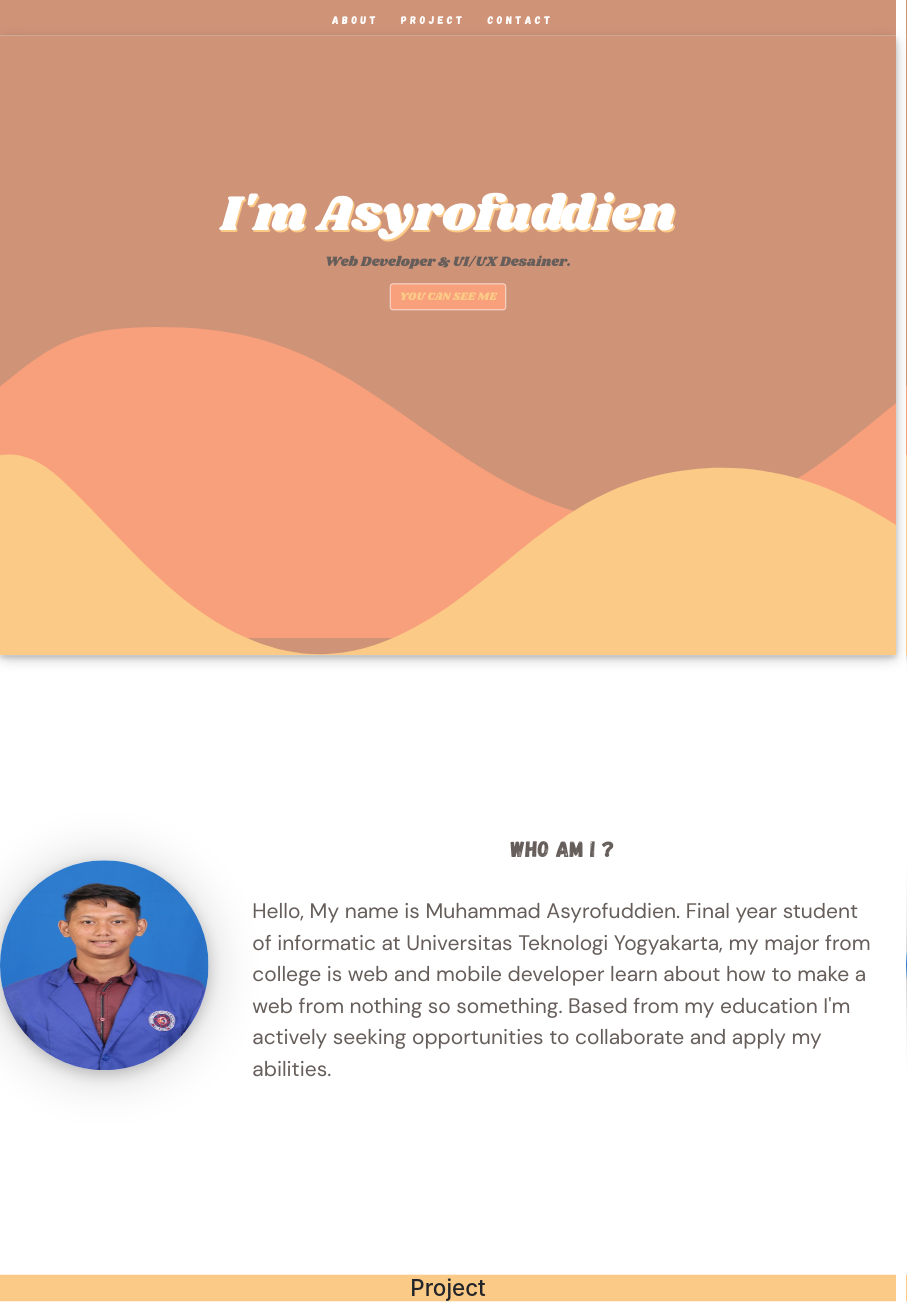
Repository: zetta-muhammad-asyrofuddien/Html-Css-ZettaCAmp
Page: Day1/Portofolio/index.html
The author's editor kept a copy of each file at every save. The page is drawn from the files as they stood at one save, then again after the next save.
The browser window is 1280 px wide. The page is 1295 px wide, so the pictures cover 1295 px, including what lies to the right of the window. The pictures show the whole page, at 70% of full size.

Above is the page before, as saved 2023-07-06 19:04:45.

After the next save:
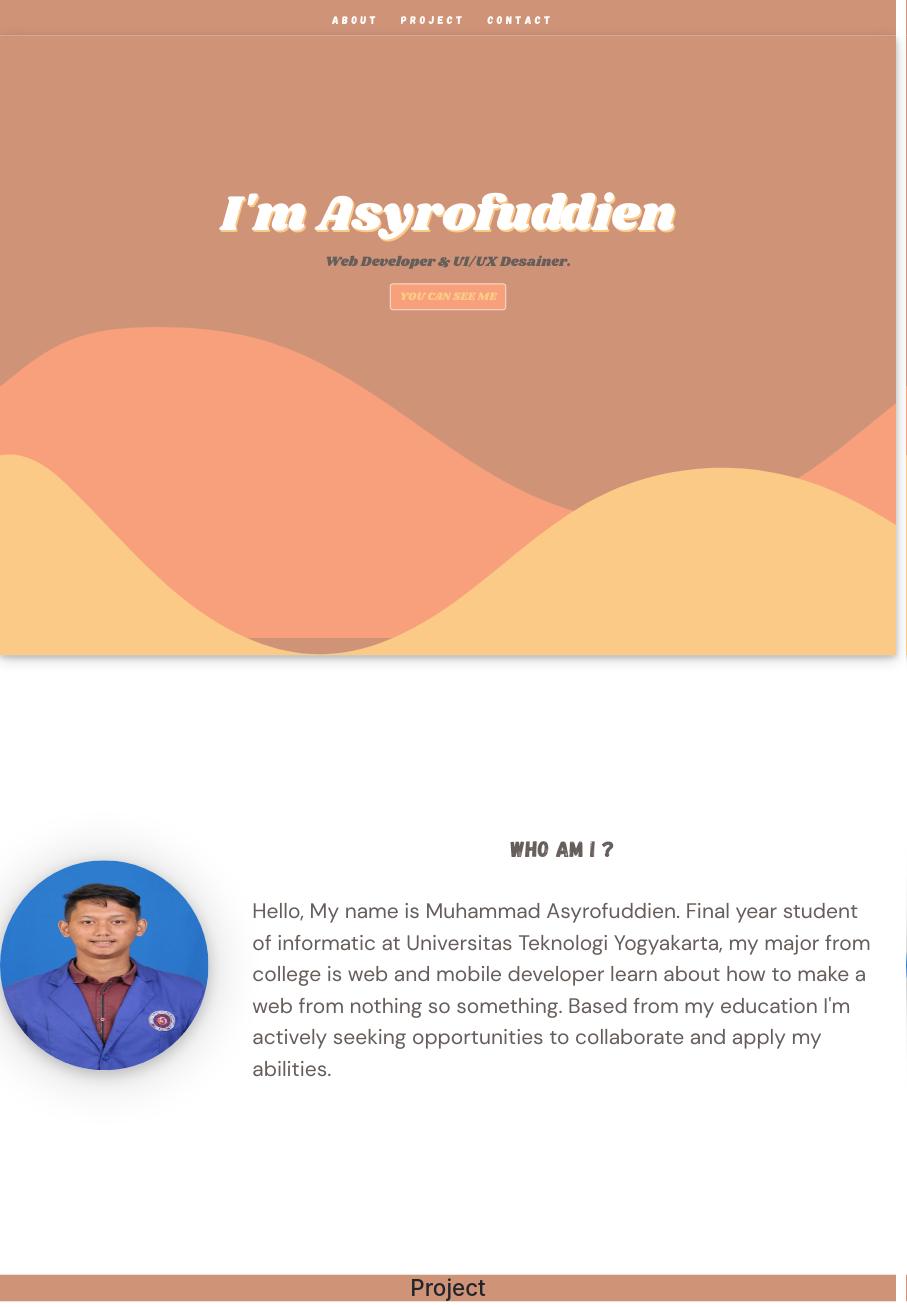
Saved 24 s later.
--- a/Day1/Portofolio/syle.css
+++ b/Day1/Portofolio/syle.css
@@ -99,7 +99,7 @@
   box-shadow: 0 4px 80px 0 rgba(0, 0, 0, 0.2), 0 6px 20px 0 rgba(0, 0, 0, 0.19);
 }
 .project {
-  background-color: #fcca87;
+  background-color: #cf9378;
 }
 /* DESKTOP VERSION */
 @media (min-width: 992px) {
